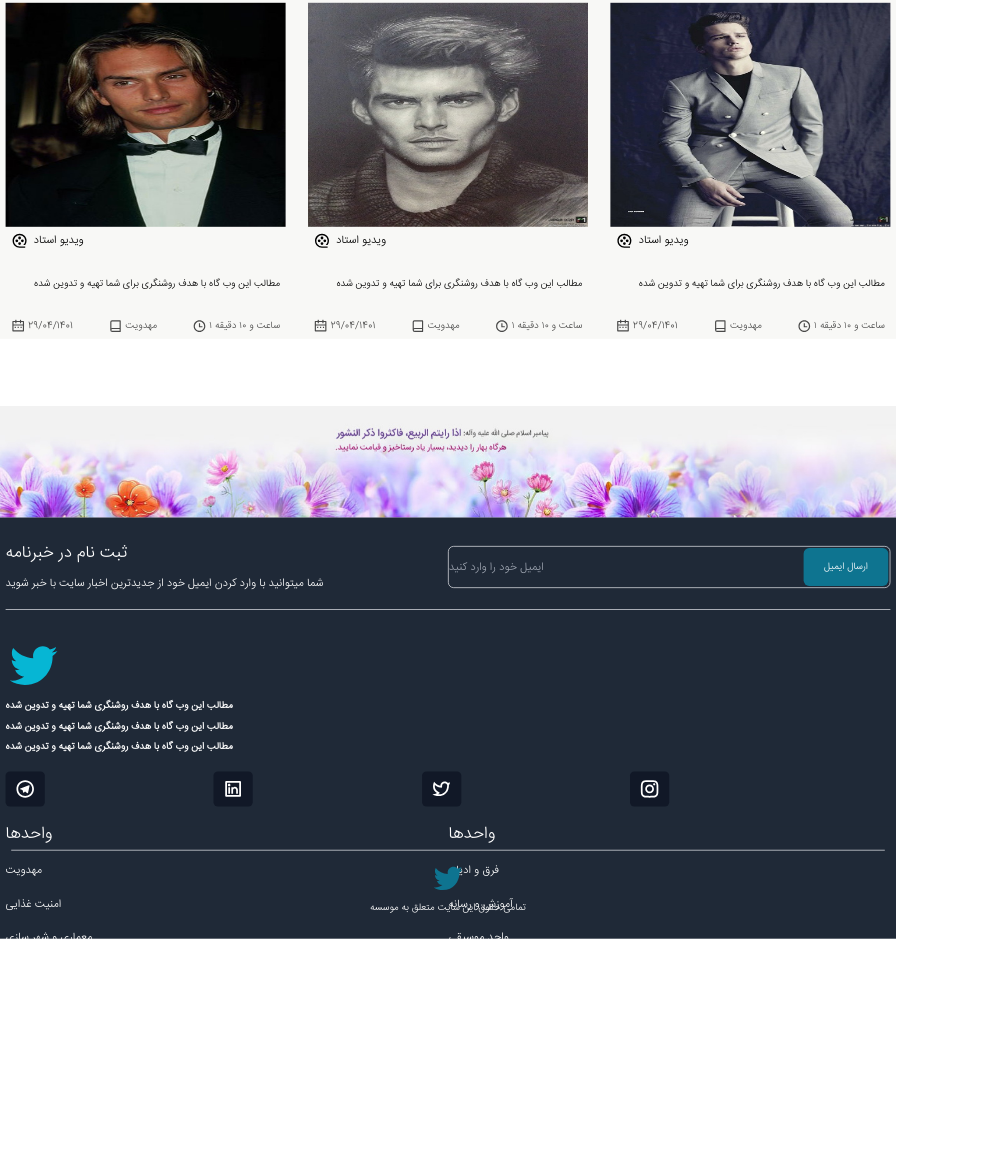
Repository: homan-tehrani/uiUserNative
Page: /
An editor plug-in stored every save of this project. The page is shown before and after the next save, followed by the edit.
The browser window is 1280 px wide. The page is 1432 px wide, so the pictures cover 1432 px, including what lies to the right of the window. The pictures show the part of the page from y = 3390 to 5110 px (the page is 5070 px tall before and 5110 px after), at 70% of full size.
The project was rebuilt for these pictures with package versions that can differ from the ones it lists, and the page was loaded fresh each time. The framework's server and built-in components were replaced by stand-ins that run in the browser. Also part of the build but not shown: next.config.js, src/components/MenuForUnits.js, src/components/AccordionForUnits.js, src/components/MenuResponsive.js.

Above is the page before, as saved 2023-04-25 01:28:49.

### src/pages/_app.js
import Layoute from 'components/layout/Layoute'
import 'styles/globals.css'

export default function App({ Component, pageProps }) {
  return <Layoute>
    <Component {...pageProps} />
  </Layoute>
}

### src/pages/index.js
import Head from 'next/head';
import Layoute from '../components/layout/Layoute';
import Loading from '../components/loading';
import Slider from '../components/Slider';
import Album1 from '../components/Album1';
import Invitation from '../components/Invitation';
import Album2 from '../components/Album2';
import Description from '../components/Description';
import Album3 from '../components/Album3';
import Suggestion from '../components/Suggestion';
import { useEffect } from 'react';

export default function Home({ datas }) {
  return (
    <>
      <Head>
        <title>خانه</title>
        <meta
          name="description"
          content="Generated by create next app"
        />
        <meta
          name="viewport"
          content="width=device-width, initial-scale=1"
        />
        <link rel="icon" href="/favicon.ico" />
      </Head>
      <main className="bg-[#F8F8F6]">

        <>
          <Slider />
          <Album1 />
          <Invitation />
          <Album2 />
          <Description />
          <Album3 />
          <Suggestion />
        </>

      </main>
    </>
  );
}

// export async function getStaticProps(context){

//   const res = await fetch("https://nativecontent.sirafgroup.com/api/v1/tag/contentByTag/")
//   const data = await res.json(res)
//   console.log(data);

//   if (!data) {
//     return {
//       notFound: true,
//     }
//   }

//   return{
//     props: {

//     }
//   }

// }

### src/components/layout/Layoute.js
import React from "react";
import Header from "./Header";
import Fotter from "./Fotter";
import Speech from "../Speech";

export default function Layoute({ children , datas }) {
  return (
    <>
      <Header  />
      <div>{children}</div>
      <Speech />
      <Fotter datas={datas} />
    </>
  );
}

### src/styles/globals.css
@tailwind base;
@tailwind components;
@tailwind utilities;

@font-face {
    font-family: iransans;
    src: url("../../public/assets/fonts/iransans/irsans-l.woff");
}

html , body{
    font-family: iransans;
  }

.slider-master
.swiper-pagination-bullet{
  width: 14px;
  height: 14px;
  background-color: #3998AC;
}

.slider-master
.swiper-pagination-bullet-active {
  width: 60px;
  border-radius: 60px;
}

### src/components/loading.js
const Loading =()=> {
    return (
      <div className="w-full h-full flex justify-center items-center py-5">
        <svg aria-hidden="true" class="w-12 h-12 text-gray-200 animate-spin dark:text-gray-600 fill-cyan-600" viewBox="0 0 100 101" fill="none" xmlns="http://www.w3.org/2000/svg">
            <path d="M100 50.5908C100 78.2051 77.6142 100.591 50 100.591C22.3858 100.591 0 78.2051 0 50.5908C0 22.9766 22.3858 0.59082 50 0.59082C77.6142 0.59082 100 22.9766 100 50.5908ZM9.08144 50.5908C9.08144 73.1895 27.4013 91.5094 50 91.5094C72.5987 91.5094 90.9186 73.1895 90.9186 50.5908C90.9186 27.9921 72.5987 9.67226 50 9.67226C27.4013 9.67226 9.08144 27.9921 9.08144 50.5908Z" fill="currentColor"/>
            <path d="M93.9676 39.0409C96.393 38.4038 97.8624 35.9116 97.0079 33.5539C95.2932 28.8227 92.871 24.3692 89.8167 20.348C85.8452 15.1192 80.8826 10.7238 75.2124 7.41289C69.5422 4.10194 63.2754 1.94025 56.7698 1.05124C51.7666 0.367541 46.6976 0.446843 41.7345 1.27873C39.2613 1.69328 37.813 4.19778 38.4501 6.62326C39.0873 9.04874 41.5694 10.4717 44.0505 10.1071C47.8511 9.54855 51.7191 9.52689 55.5402 10.0491C60.8642 10.7766 65.9928 12.5457 70.6331 15.2552C75.2735 17.9648 79.3347 21.5619 82.5849 25.841C84.9175 28.9121 86.7997 32.2913 88.1811 35.8758C89.083 38.2158 91.5421 39.6781 93.9676 39.0409Z" fill="currentFill"/>
        </svg>
      </div>
    );
  }

  export default Loading;

### src/components/Slider.js
import React, { useEffect, useState } from "react";
import { Swiper, SwiperSlide } from "swiper/react";
import { Navigation, EffectFade, Pagination, Scrollbar, A11y } from "swiper";
import { useRef } from "react";
import Loading from "./loading";
import ImageProfile from "assets/images/image.jpg";

import "swiper/css";
import "swiper/css/navigation";
import "swiper/css/pagination";
import "swiper/css/scrollbar";
import { sliderPhoto } from "../../src/db.json";
import Survey from "./Survey";

export default function Slider() {
  const [imagesSlider, setImagesSlider] = useState(null);
  const swiperRef = useRef();

  useEffect(() => {
    setImagesSlider(sliderPhoto);
  }, []);

  if (!imagesSlider) {
    return <Loading />;
  }

  return (
    <div className="container mx-auto w-full h-full  py-7 px-2">
      <Swiper
        wrapperClass="w-full"
        modules={[Navigation, Pagination, Scrollbar, A11y, EffectFade, Pagination]}
        spaceBetween="auto"
        loop={true}
        autoplay={{
          delay: 1000,
          disableOnInteraction: false,
        }}
        navigation={{
            nextEl: '.swiper-button-next',
            prevEl: '.swiper-button-prev',
        }}
        onBeforeInit={(swiper) => {
          swiperRef.current = swiper;
        }}
        slidesPerView={1}
        effect="fade"
        className="slider-master max-h-[32rem] min-h-full rounded-3xl overflow-hidden"
      >
        {imagesSlider.map((item) => (
          <SwiperSlide key={item.id} className="w-full h-full">
            <img
              className="w-full h-[32rem] object-cover"
              src="assets/images/image.jpg"
            />
          </SwiperSlide>
        ))}
        <div
          className="swiper-button-prev !text-white mx-8 after:!text-4xl"
        ></div>
        <div
          className="swiper-button-next !text-white mx-8 after:!text-4xl"
        ></div>

      </Swiper>
      <div className="custom-pagination"></div>
      <Survey/>

       </div>

  );
}

### src/components/Album2.js
import React, { useRef, useState , useEffect } from "react";
import { Swiper, SwiperSlide } from "swiper/react";
import Loading from "./loading";
import MorSpeech from "components/MorSpeech";
import Link from "next/link";

import "swiper/css";
import "swiper/css/grid";
import "swiper/css/pagination";
import { Grid, Pagination ,Navigation} from "swiper";
import {albumPhoto2} from "db.json"

export default function Album2() {
    const [itmes , setItems]= useState([])
    const swiperRef = useRef();
    useEffect(() => {
      setItems(albumPhoto2);
    }, []);

    const prevSlideHandler =()=>{
        swiperRef.current?.slidePrev();
    }

  return (
    <div className=" container px-2z mx-auto ">
    <div className=" mb-6 ">
    </div>
      <Swiper
        slidesPerView={3}
        grid={{
          rows: 2,
        }}
        spaceBetween={20}
        modules={[Grid, Pagination, Navigation]}
        onBeforeInit={(swiper) => {
          swiperRef.current = swiper;
        }}
        breakpoints={{
          // when window width is >= 640px
          0: {
            slidesPerView: 1,
          },
          640: {
            slidesPerView: 2,
          },
          1370: {
            slidesPerView: 3,
          },
        }}
        className="w-full h-96  "
      >
        {itmes.map(item=>
            <SwiperSlide key={item.id} className="!flex !h-40 rounded overflow-hidden ">
                <Link href="/units" dir="rtl" className="flex cursor-pointer w-full  h-full rounded-l-md ">
                    <div className="w-1/2 h-full">
                        <img className="w-full h-full" src={item.src} alt={item.alt} />
                    </div>
                    <div className="flex flex-col justify-between h-full w-full py-3 pr-3 bg-neutral-100 border rounded-l-md">
                    <div>
                        <div className="flex items-center gap-x-1">
                        <svg xmlns="http://www.w3.org/2000/svg" viewBox="0 0 24 24" width="20" height="20"><path fill="none" d="M0 0h24v24H0z"/><path d="M12 3a3 3 0 0 0-3 3v4a3 3 0 0 0 6 0V6a3 3 0 0 0-3-3zm0-2a5 5 0 0 1 5 5v4a5 5 0 0 1-10 0V6a5 5 0 0 1 5-5zM3.055 11H5.07a7.002 7.002 0 0 0 13.858 0h2.016A9.004 9.004 0 0 1 13 18.945V23h-2v-4.055A9.004 9.004 0 0 1 3.055 11z"/></svg>
                        <p className="text-lg">ویس استاد</p>
                        </div>

                        <p className="text-sm">سخنرانی استاد در تهران</p>
                    </div>

                    <div dir="rtl" className="flex gap-x-8 opacity-70 text-sm ">
                            <div className="flex gap-x-1">
                            <svg xmlns="http://www.w3.org/2000/svg" viewBox="0 0 24 24" width="20" height="20"><path fill="none" d="M0 0h24v24H0z"/><path d="M17 3h4a1 1 0 0 1 1 1v16a1 1 0 0 1-1 1H3a1 1 0 0 1-1-1V4a1 1 0 0 1 1-1h4V1h2v2h6V1h2v2zm3 8H4v8h16v-8zm-5-6H9v2H7V5H4v4h16V5h-3v2h-2V5zm-9 8h2v2H6v-2zm5 0h2v2h-2v-2zm5 0h2v2h-2v-2z"/></svg>
                            <p>1401/9/25</p>
                            </div>

                            <svg xmlns="http://www.w3.org/2000/svg" viewBox="0 0 24 24" width="20" height="20"><path fill="none" d="M0 0h24v24H0z"/><path d="M20.005 2C21.107 2 22 2.898 22 3.99v16.02c0 1.099-.893 1.99-1.995 1.99H4v-4H2v-2h2v-3H2v-2h2V8H2V6h2V2h16.005zM8 4H6v16h2V4zm12 0H10v16h10V4z"/></svg>
                         </div>
                    </div>
                    </Link>


            </SwiperSlide>
            )}

      </Swiper>
    </div>
  );
}

### src/components/Suggestion.js
import React,{useState , useEffect} from 'react'
import Loading from './loading'
import {lecturePhoto} from "../../src/db.json"

export default function Suggestion() {


    const [suggestionPhoto , setSuggestionPhoto] = useState(null)
    useEffect(()=>{
        setSuggestionPhoto(lecturePhoto)
    },[])

    if(!suggestionPhoto){
        return <Loading/>
    }

  return (
    <div className='flex flex-col items-center justify-center container px-2  mx-auto h-max gap-y-14 xs:my-12 my-24 '>
        <h2 className='text-xl font-bold'>مطالب مناسب شما</h2>
        <div className='w-full h-max  flex justify-center lg:justify-between  items-center flex-wrap gap-y-6'>
           {suggestionPhoto.map(item=>
             <div key={item.id} className='w-400px  h-full  '>
             <div className='w-full xs:h-56 h-72  sm:h-80'>
             <img src={item.src} alt={item.alt} className='w-full h-full '/>
             </div>
             <div className='w-full h-40  flex flex-col justify-between p-2 '>

             <div className="flex items-center gap-x-2  ">
                 <svg xmlns="http://www.w3.org/2000/svg" viewBox="0 0 24 24" className='w-6 xs:w-5' ><path fill="none" d="M0 0h24v24H0z"/><path d="M12 20h8v2h-8C6.477 22 2 17.523 2 12S6.477 2 12 2s10 4.477 10 10a9.956 9.956 0 0 1-2 6h-2.708A8 8 0 1 0 12 20zm0-10a2 2 0 1 1 0-4 2 2 0 0 1 0 4zm-4 4a2 2 0 1 1 0-4 2 2 0 0 1 0 4zm8 0a2 2 0 1 1 0-4 2 2 0 0 1 0 4zm-4 4a2 2 0 1 1 0-4 2 2 0 0 1 0 4z"/></svg>
                    <p className='xs:text-sm'> ویدیو استاد</p>
                 </div>

                 <p className='xs:text-xsm text-sm text-right'>مطالب این وب گاه با هدف روشنگری برای شما تهیه و تدوین شده</p>

                   <div className="flex  justify-between items-center opacity-70 xs:text-xxxsm text-sm">

                     <div className="flex items-center justify-center gap-x-1">
                     <svg xmlns="http://www.w3.org/2000/svg" viewBox="0 0 24 24" className='xs:w-3 w-5' ><path fill="none" d="M0 0h24v24H0z"/><path d="M17 3h4a1 1 0 0 1 1 1v16a1 1 0 0 1-1 1H3a1 1 0 0 1-1-1V4a1 1 0 0 1 1-1h4V1h2v2h6V1h2v2zm3 8H4v8h16v-8zm-5-6H9v2H7V5H4v4h16V5h-3v2h-2V5zm-9 8h2v2H6v-2zm5 0h2v2h-2v-2zm5 0h2v2h-2v-2z"/></svg>
                     <p className='xs:text-ssm'>29/04/1401</p>
                     </div>


                     <div className="flex items-center justify-center gap-x-1">
                     <svg xmlns="http://www.w3.org/2000/svg" viewBox="0 0 24 24" className='xs:w-3 w-5'><path fill="none" d="M0 0h24v24H0z"/><path d="M3 18.5V5a3 3 0 0 1 3-3h14a1 1 0 0 1 1 1v18a1 1 0 0 1-1 1H6.5A3.5 3.5 0 0 1 3 18.5zM19 20v-3H6.5a1.5 1.5 0 0 0 0 3H19zM5 15.337A3.486 3.486 0 0 1 6.5 15H19V4H6a1 1 0 0 0-1 1v10.337z"/></svg>
                     <p>مهدویت</p>
                     </div>

                     <div className="flex items-center justify-center gap-x-1">
                     <svg xmlns="http://www.w3.org/2000/svg" viewBox="0 0 24 24" className='xs:w-3 w-5'><path fill="none" d="M0 0h24v24H0z"/><path d="M12 22C6.477 22 2 17.523 2 12S6.477 2 12 2s10 4.477 10 10-4.477 10-10 10zm0-2a8 8 0 1 0 0-16 8 8 0 0 0 0 16zm1-8h4v2h-6V7h2v5z"/></svg>
                     <p>۱ ساعت و ۱۰ دقیقه</p>
                     </div>





                     </div>

             </div>


         </div>

            )}

        </div>

    </div>
  )
}

### src/components/Speech.js
import React, { useEffect, useState } from "react";
import Loading from "./loading";
import {speech} from "../../src/db.json"

export default function Speech({ datas }) {
  const [imageSpeech, setImageSpeech] = useState(null);
  useEffect(() => {
    setImageSpeech(speech);
  }, []);

  if (!imageSpeech) {
    return <Loading />;
  }
  return (
    <div className="w-full flex justify-center items-center relative">
      <div className="flex flex-col w-full h-max">
        <div className="flex flex-col w-full ">
          <img
            src={imageSpeech[0].src}
            alt={imageSpeech[0].alt}
            className="w-full h-full object-cover"
          />
        </div>
      </div>
    </div>
  );
}

### src/components/MorSpeech.js
import React from 'react'


export default function MorSpeech({nextButtonHandler , prevButtonHandler , icons , underline , content , colorIcon , colorText , classMore , moreHandler,addHandler}) {

  return (
    <div  className='flex flex-col justify-center   w-full h-max '>
      <div className='flex justify-between items-center gap-x-0   md:px-0 xs:gap-x-6 '>
        <p className={`${colorText} font-bold text-xl`}>{content}</p>

        {icons && <div  className='flex items-center justify-center w-max gap-x-1 h-8 bg-gray-900 ml-96 text-xsm text-white  px-1 rounded-sm'>

        <button className='flex items-center justify-center gap-x-1 opacity-70'>
        <p>youtube</p>
        <svg xmlns="http://www.w3.org/2000/svg" className='fill-white' viewBox="0 0 24 24" width="20" height="20"><path fill="none" d="M0 0h24v24H0z"/><path d="M19.606 6.995c-.076-.298-.292-.523-.539-.592C18.63 6.28 16.5 6 12 6s-6.628.28-7.069.403c-.244.068-.46.293-.537.592C4.285 7.419 4 9.196 4 12s.285 4.58.394 5.006c.076.297.292.522.538.59C5.372 17.72 7.5 18 12 18s6.629-.28 7.069-.403c.244-.068.46-.293.537-.592C19.715 16.581 20 14.8 20 12s-.285-4.58-.394-5.005zm1.937-.497C22 8.28 22 12 22 12s0 3.72-.457 5.502c-.254.985-.997 1.76-1.938 2.022C17.896 20 12 20 12 20s-5.893 0-7.605-.476c-.945-.266-1.687-1.04-1.938-2.022C2 15.72 2 12 2 12s0-3.72.457-5.502c.254-.985.997-1.76 1.938-2.022C6.107 4 12 4 12 4s5.896 0 7.605.476c.945.266 1.687 1.04 1.938 2.022zM10 15.5v-7l6 3.5-6 3.5z"/></svg>
            </button>
        <button className='flex items-center justify-center gap-x-1 bg-slate-700 p-1 rounded-md'>
        <p>twitter</p>
          <svg xmlns="http://www.w3.org/2000/svg" className='fill-cyan-500' viewBox="0 0 24 24" width="20" height="20"><path fill="none" d="M0 0h24v24H0z"/><path d="M22.162 5.656a8.384 8.384 0 0 1-2.402.658A4.196 4.196 0 0 0 21.6 4c-.82.488-1.719.83-2.656 1.015a4.182 4.182 0 0 0-7.126 3.814 11.874 11.874 0 0 1-8.62-4.37 4.168 4.168 0 0 0-.566 2.103c0 1.45.738 2.731 1.86 3.481a4.168 4.168 0 0 1-1.894-.523v.052a4.185 4.185 0 0 0 3.355 4.101 4.21 4.21 0 0 1-1.89.072A4.185 4.185 0 0 0 7.97 16.65a8.394 8.394 0 0 1-6.191 1.732 11.83 11.83 0 0 0 6.41 1.88c7.693 0 11.9-6.373 11.9-11.9 0-.18-.005-.362-.013-.54a8.496 8.496 0 0 0 2.087-2.165z"/></svg>

          </button>
        </div>}
        <div className='flex gap-x-2 '>
            <button onClick={()=>moreHandler} className={`text-${classMore} border border-${classMore} xs:w-12 font-bold text-sm rounded-md w-16 h-8`}>بیشتر</button>
            <button className='border rounded-md px-1' onClick={prevButtonHandler}>
            <svg xmlns="http://www.w3.org/2000/svg" className={colorIcon} viewBox="0 0 24 24" width="24" height="24"><path fill="none" d="M0 0h24v24H0z"/><path d="M13.172 12l-4.95-4.95 1.414-1.414L16 12l-6.364 6.364-1.414-1.414z"/></svg>
            </button>
            <button className='border rounded-md px-1 ' onClick={nextButtonHandler}>
            <svg xmlns="http://www.w3.org/2000/svg" className={colorIcon} viewBox="0 0 24 24" width="24" height="24"><path fill="none" d="M0 0h24v24H0z"/><path d="M10.828 12l4.95 4.95-1.414 1.414L8 12l6.364-6.364 1.414 1.414z"/></svg>
            </button>
        </div>
      </div>
      {underline && <div className='bg-blue-200 h-0.5 w-full mt-3 bg-gradient-to-l from-blue-300 to-white'></div>}
    </div>
  )
}

### tailwind.config.js
/** @type {import('tailwindcss').Config} */
module.exports = {
  content: [
    "./app/**/*.{js,ts,jsx,tsx}",
    "./pages/**/*.{js,ts,jsx,tsx}",
    "./components/**/*.{js,ts,jsx,tsx}",

    // Or if using `src` directory:
    "./src/**/*.{js,ts,jsx,tsx}",
  ],
  theme: {
    extend: {
      screens:{
        'xs':{'max':'430px'},
      },
      spacing: {
        '148': '37rem',
        '120':'36rem',
        '152':'42rem',
        '90':'25rem',
        '98':'28rem',
        '100':'30rem',
        '110':'33rem',
        'ppx':'0.5px',
        '400px': '400px',
        '300px':'300px',
        '1200px':'1200px',
        '370px':'370px',
        '305px':'305px',
        '282px':'282px'
      },
      fontSize:{
        tsm:['13px','19px'],
        ssm:['12px','18px'],
        xsm:['11px','17px'],
        xxsm:['10px','16px'],
        xxxsm:['8px','12px'],
      },
    },
  },
  plugins: [],
}

Loaded but not shown: src/components/Description.js (library); src/db.json (58 lines, source omitted); src/components/layout/Fotter.js (133 lines, source omitted); src/components/layout/Header.js (154 lines, source omitted); src/components/NavBar.js (89 lines, source omitted); src/components/Album1.js (130 lines, source omitted); src/components/Invitation.js (47 lines, source omitted); src/components/Survey.js (87 lines, source omitted); src/components/Album3.js (128 lines, source omitted)

After the next save:
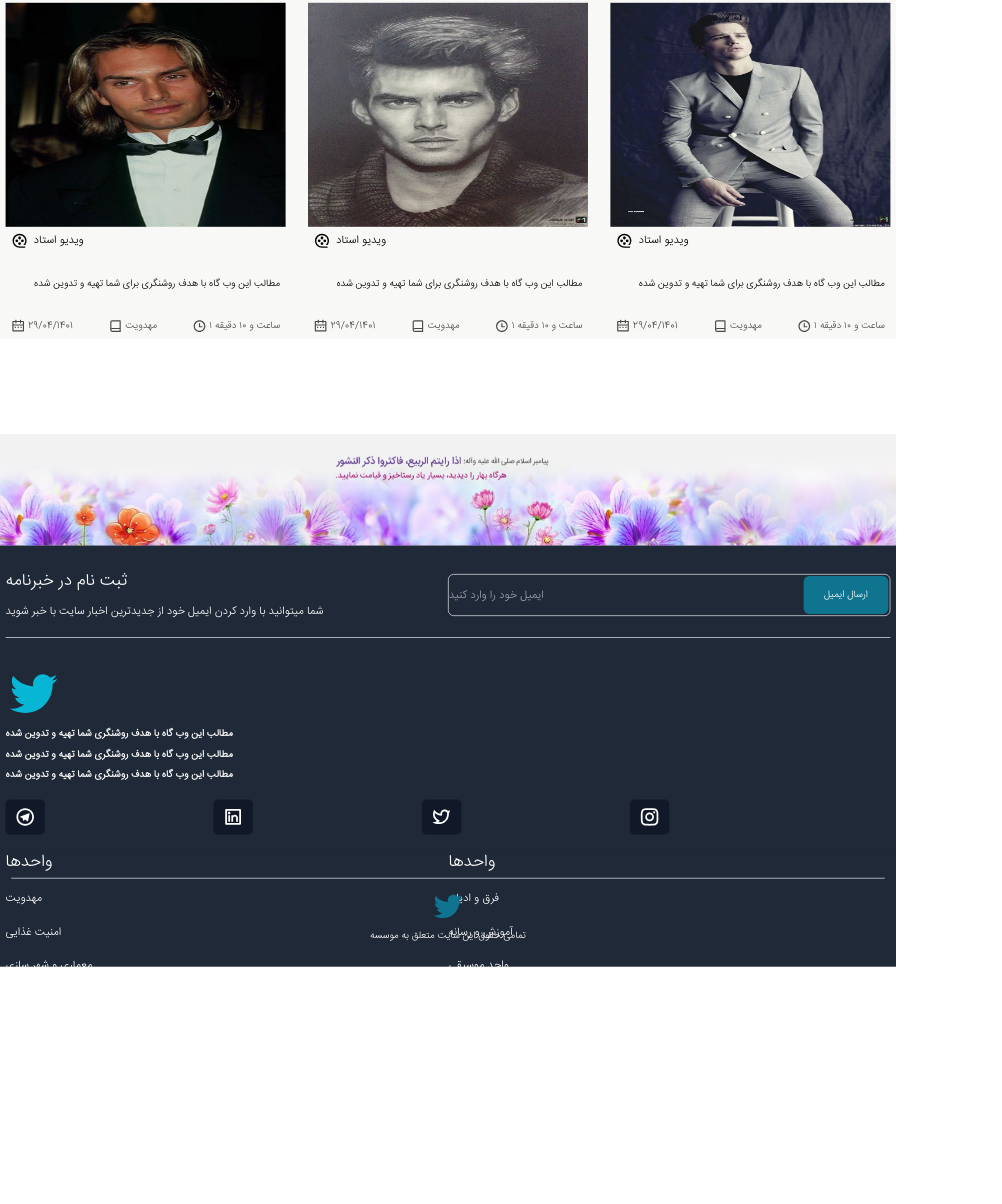
Saved 14 s later.
--- a/src/components/Speech.js
+++ b/src/components/Speech.js
@@ -14,7 +14,7 @@
   return (
     <div className="w-full flex justify-center items-center relative">
       <div className="flex flex-col w-full h-max">
-        <div className="flex flex-col w-full ">
+        <div className="flex flex-col w-full mt-10">
           <img
             src={imageSpeech[0].src}
             alt={imageSpeech[0].alt}

After the save that followed:
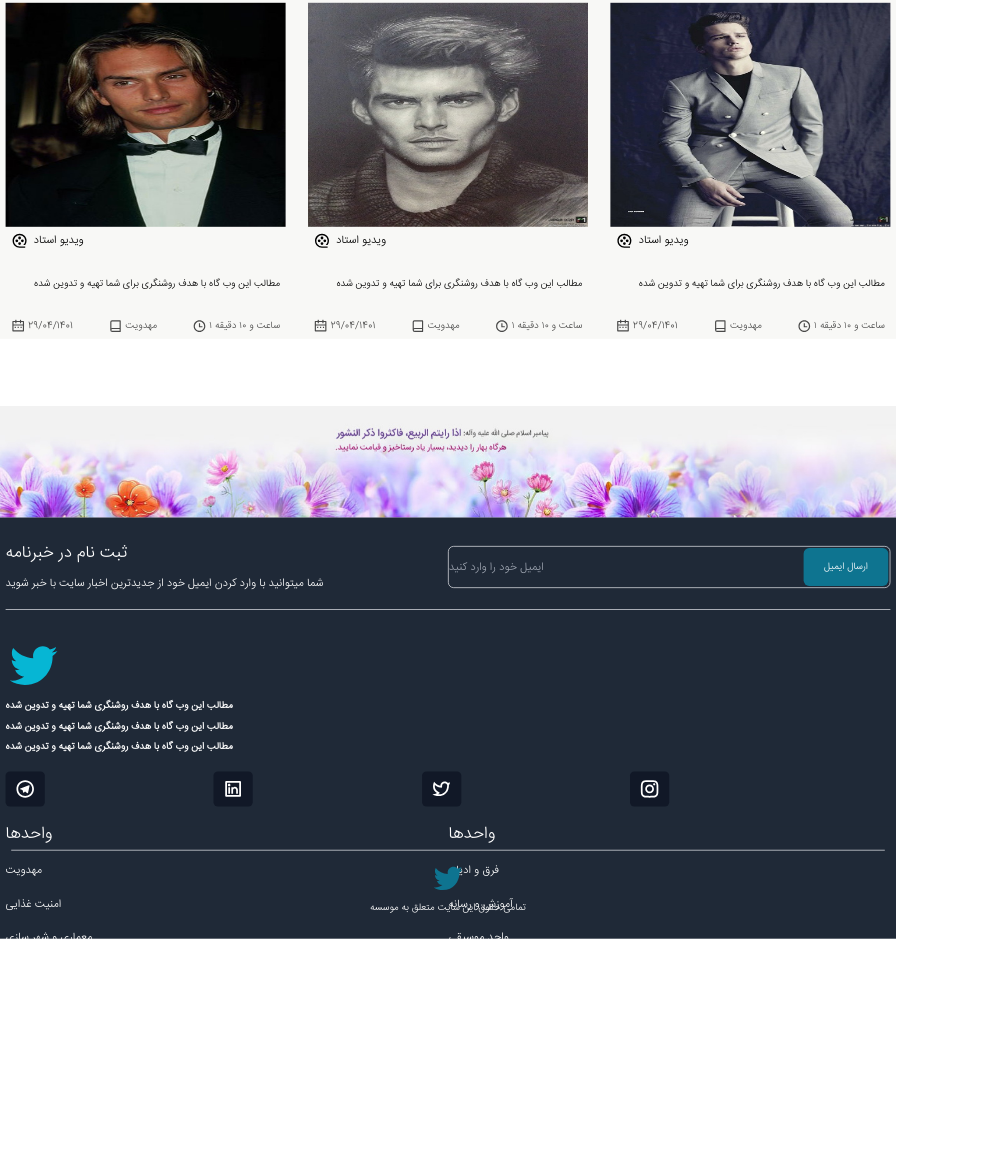
Saved 3 min 37 s later.
--- a/src/components/Speech.js
+++ b/src/components/Speech.js
@@ -12,9 +12,9 @@
     return <Loading />;
   }
   return (
-    <div className="w-full flex justify-center items-center relative">
+    <div className="w-full flex justify-center items-center relative ">
       <div className="flex flex-col w-full h-max">
-        <div className="flex flex-col w-full mt-10">
+        <div className="flex flex-col w-full ">
           <img
             src={imageSpeech[0].src}
             alt={imageSpeech[0].alt}
